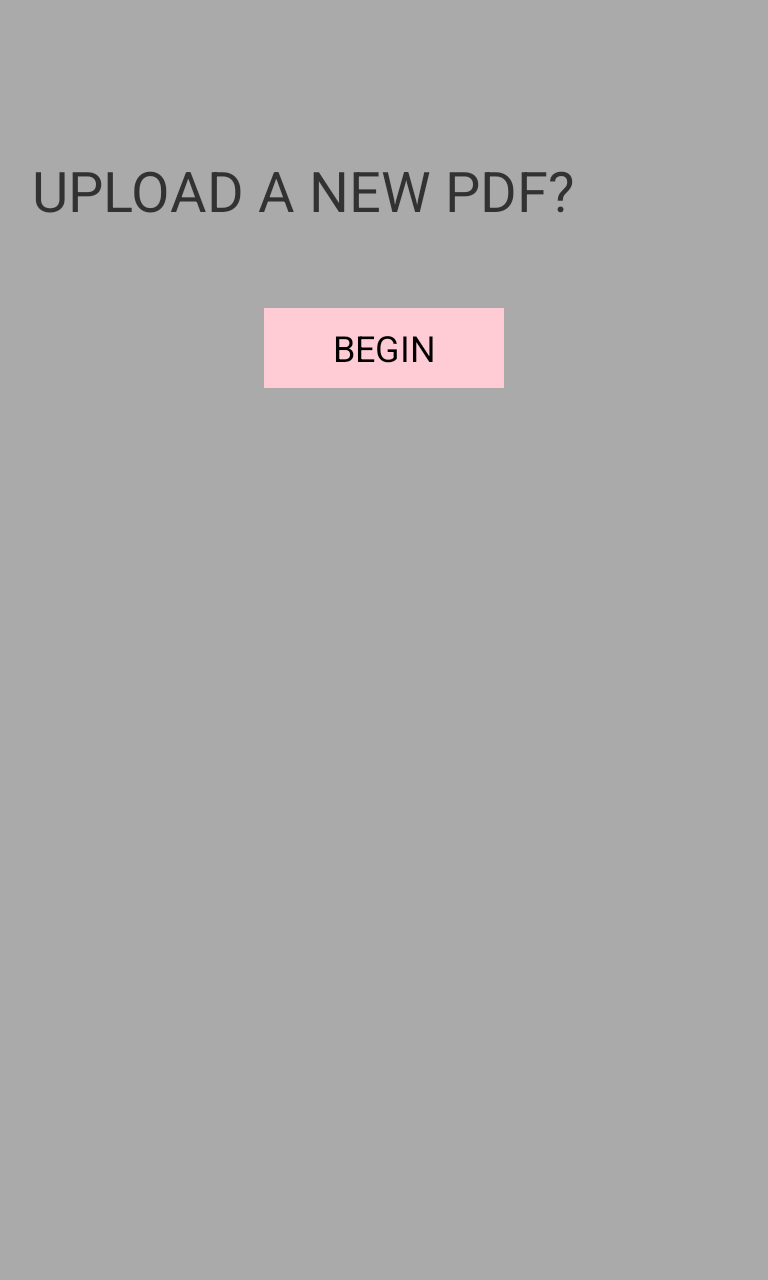
Repository: nick11roberts/Moka-Scanr
Layout: Document Uploader/res/layout/activity_preview.xml
These files come from the project's save history. The layout is drawn as it stood at one moment and after the next save; the edit follows.
It is drawn on a 768 x 1280 px phone screen (xhdpi) without system bars, with theme android:Theme.Holo.Light.NoActionBar; the app's code is not run. The app's manifest (not shown) leaves right-to-left support off. So textAlignment, textDirection and layoutDirection are ignored, and left and right values win over start and end ones.

Above is the layout before, as saved 2014-05-31 00:03:38.

### Document Uploader/res/layout/activity_preview.xml
<LinearLayout xmlns:android="http://schemas.android.com/apk/res/android"
    xmlns:tools="http://schemas.android.com/tools"
    android:layout_width="match_parent"
    android:layout_height="match_parent"
    android:background="#AAAAAA"
    android:baselineAligned="true"
    android:gravity="center_horizontal"
    android:orientation="vertical"
    android:paddingBottom="@dimen/activity_vertical_margin"
    android:paddingLeft="@dimen/activity_horizontal_margin"
    android:paddingRight="@dimen/activity_horizontal_margin"
    android:paddingTop="@dimen/activity_vertical_margin"
    tools:context=".MainActivity$mainFragment" >

    <TextView
        android:layout_width="match_parent"
        android:layout_height="wrap_content"
        android:paddingBottom="40dp"
        android:paddingTop="60dp"
        android:text="@string/main_heading"
        android:textAlignment="center"
        android:textAllCaps="true"
        android:textSize="28sp" />

    <Button
        android:id="@+id/optionsDoneButton"
        android:layout_width="120dp"
        android:layout_height="40dp"
        android:background="@color/button_color"
        android:text="@string/main_button_upload"
        android:textAlignment="center" />

</LinearLayout>

### Document Uploader/res/values/strings.xml
<?xml version="1.0" encoding="utf-8"?>
<resources>

    <string name="app_name">PDF-Drive</string>
    <string name="action_settings">Settings</string>

    <!-- MAIN ACTIVITY -->
    <string name="main_heading">Upload a new PDF?</string>
    <string name="main_button_upload">BEGIN</string>

    <!-- OPTIONS ACTIVITY -->
    <string name="options_heading">Upload options</string>
    <string name="options_pages">Number of pages?</string>
    <string name="options_title">Title?</string>
    <string name="options_folder">Folder? (optional)</string>
    <string name="options_button_go">CONTINUE</string>

    <!-- PREVIEW ACTIVITY -->
    <string name="preview_heading">Upload a new PDF?</string>
    <string name="preview_button_upload">UPLOAD</string>
    <string name="preview_button_cancel">CANCEL</string>

</resources>

### Document Uploader/res/values/colors.xml
<?xml version="1.0" encoding="utf-8"?>
<resources>
   <color name="button_color">#FFCCD5</color>
   <color name="bg_color">#CCFFF6</color>
</resources>

Loaded but not shown: Document Uploader/res/values/dimens.xml (common file); Document Uploader/res/values-w820dp/dimens.xml (common file)

After the next save:
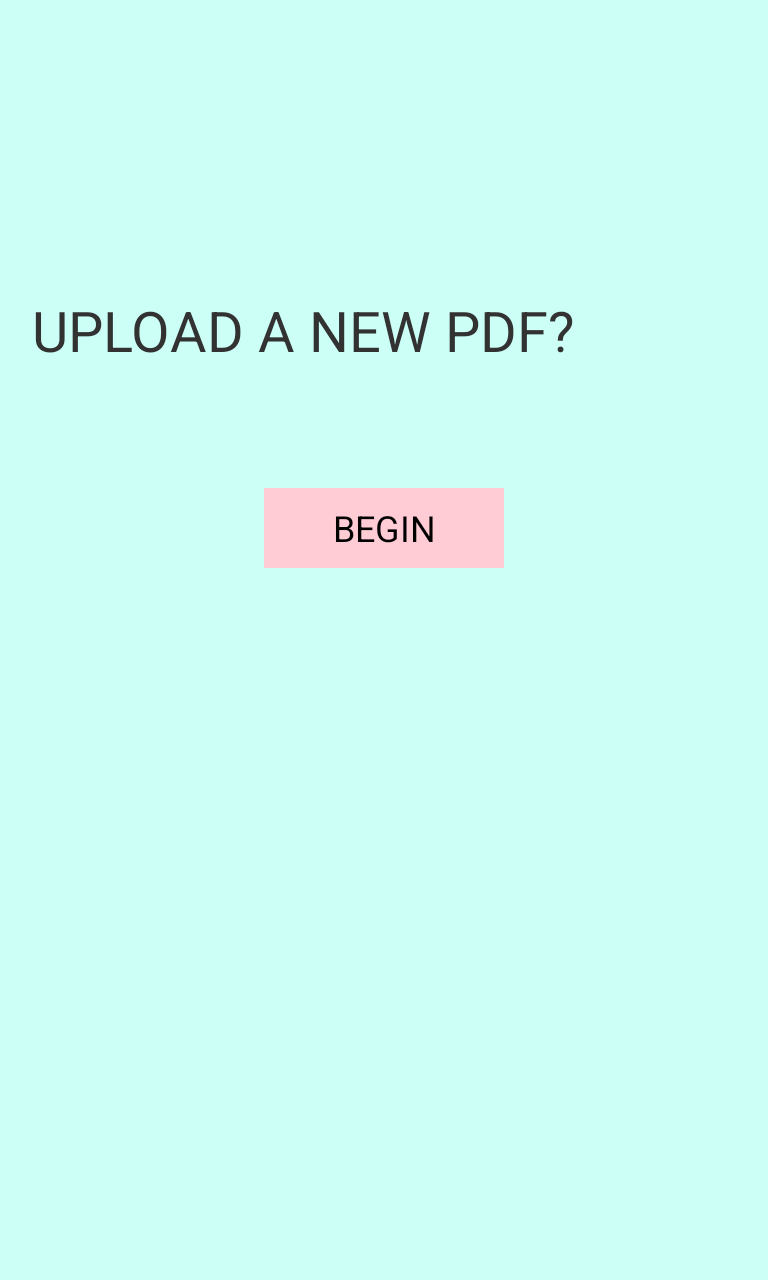
Saved 2 min 19 s later.
--- a/Document Uploader/res/layout/activity_preview.xml
+++ b/Document Uploader/res/layout/activity_preview.xml
@@ -2,7 +2,7 @@
     xmlns:tools="http://schemas.android.com/tools"
     android:layout_width="match_parent"
     android:layout_height="match_parent"
-    android:background="#AAAAAA"
+    android:background="@color/bg_color"
     android:baselineAligned="true"
     android:gravity="center_horizontal"
     android:orientation="vertical"
@@ -10,20 +10,20 @@
     android:paddingLeft="@dimen/activity_horizontal_margin"
     android:paddingRight="@dimen/activity_horizontal_margin"
     android:paddingTop="@dimen/activity_vertical_margin"
-    tools:context=".MainActivity$mainFragment" >
+    tools:context=".MainActivity" >
 
     <TextView
         android:layout_width="match_parent"
         android:layout_height="wrap_content"
-        android:paddingBottom="40dp"
-        android:paddingTop="60dp"
+        android:paddingBottom="60dp"
+        android:paddingTop="130dp"
         android:text="@string/main_heading"
         android:textAlignment="center"
         android:textAllCaps="true"
         android:textSize="28sp" />
 
     <Button
-        android:id="@+id/optionsDoneButton"
+        android:id="@+id/mainButton"
         android:layout_width="120dp"
         android:layout_height="40dp"
         android:background="@color/button_color"
